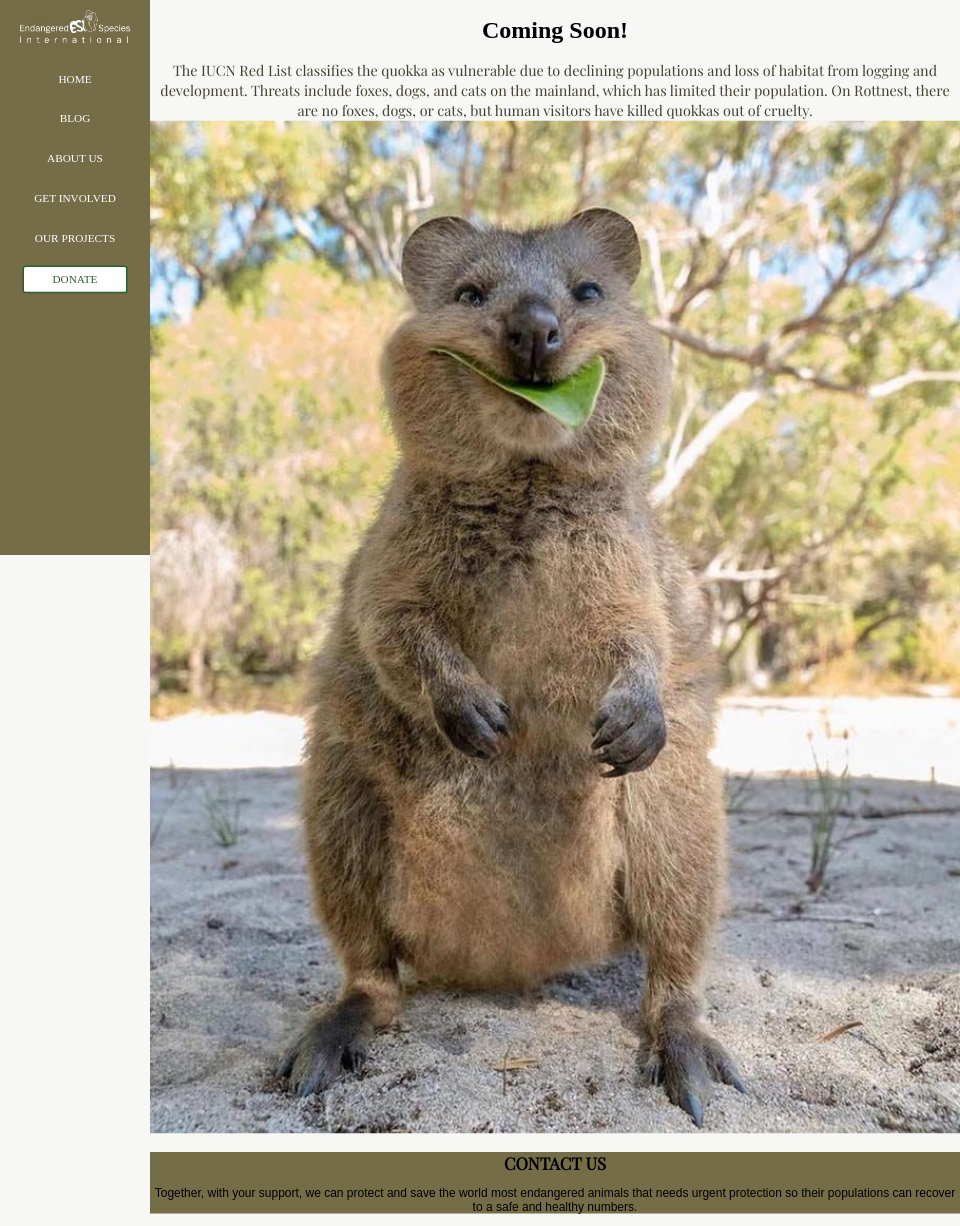
Repository: jlsorgel/smc_WD2_spring20
Page: final/comingsoon.html
The author's editor kept a copy of each file at every save. The page is drawn from the files as they stood at one save, then again after the next save.
The browser window is 1280 px wide. The pictures show the whole page, at 75% of full size.
Some web fonts or font styles are not loaded; a fallback is used. Some web libraries are served in a nearby version.

Above is the page before, as saved 2020-06-14 23:54:04.
Console error: TypeError: Cannot set properties of null (setting 'onclick')

After the next save:
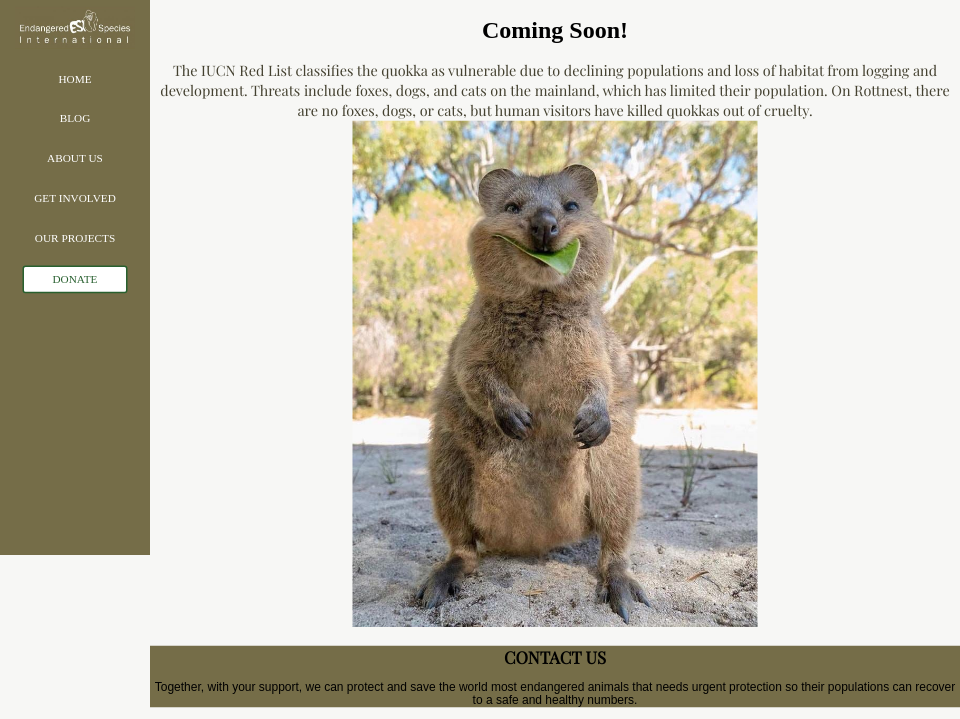
Saved 83 s later.
--- a/final/comingsoon.html
+++ b/final/comingsoon.html
@@ -72,7 +72,7 @@
       development. Threats include foxes, dogs, and cats on the mainland, which has limited their population. On
       Rottnest,
       there are no foxes, dogs, or cats, but human visitors have killed quokkas out of cruelty.</p-headline-p>
-      <img src="images/quokka.jpg" alt="Cute lil quokka">
+      <img class="comingsoon-img" src="images/quokka.jpg" alt="Cute lil quokka">
 
     <footer>
       <!-- FOOTER STARTS HEREEE -->
--- a/final/main.css
+++ b/final/main.css
@@ -115,6 +115,10 @@
 
     h2{padding-top: 78px;}
 
+    .comingsoon-img{
+      width:50%;
+    }
+
 
 
 
